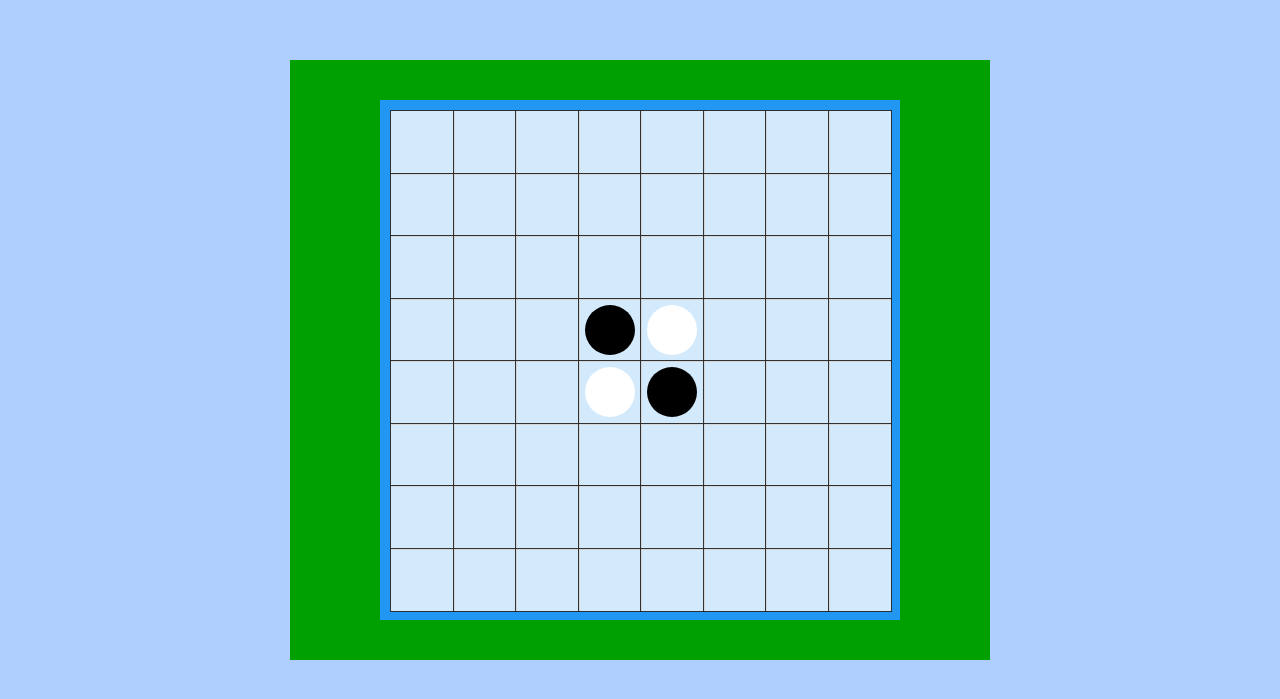
Repository: eliaoucohen72/react-reversi
Page: /
The author's editor kept a copy of each file at every save. The page is drawn from the files as they stood at one save, then again after the next save.
The browser window is 1280 px wide. The pictures show the whole page.
The project was rebuilt for these pictures with package versions that can differ from the ones it lists, and the page was loaded fresh each time. Also part of the build but not shown: vite.config.ts.

Above is the page before, as saved 2024-09-05 16:25:47.

After the next save:
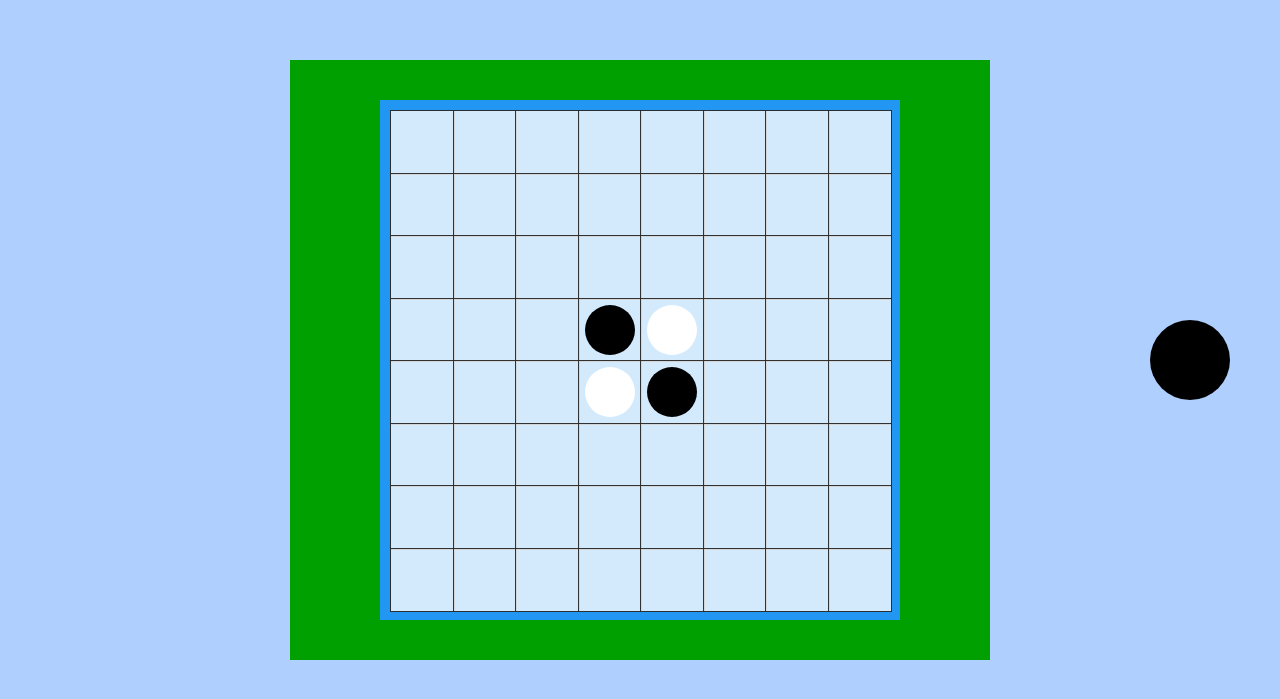
Saved 65 s later.
--- a/src/style.ts
+++ b/src/style.ts
@@ -19,6 +19,28 @@ const styles = {
     borderRadius: "40px",
     marginLeft: "50px",
   }),
+  whitePlayer: {
+    position: "absolute",
+    width: "80px",
+    height: "80px",
+    top: "50%",
+    left: "0%",
+    transform: "translate(0%, -50%)",
+    backgroundColor: "#ffffff",
+    borderRadius: "40px",
+    marginLeft: "50px",
+  },
+  blackPlayer: {
+    position: "absolute",
+    width: "80px",
+    height: "80px",
+    top: "50%",
+    right: "0%",
+    transform: "translate(0%, -50%)",
+    backgroundColor: "#000000",
+    borderRadius: "40px",
+    marginRight: "50px",
+  },
   subWrapper: {
     position: "absolute",
     width: "700px",
